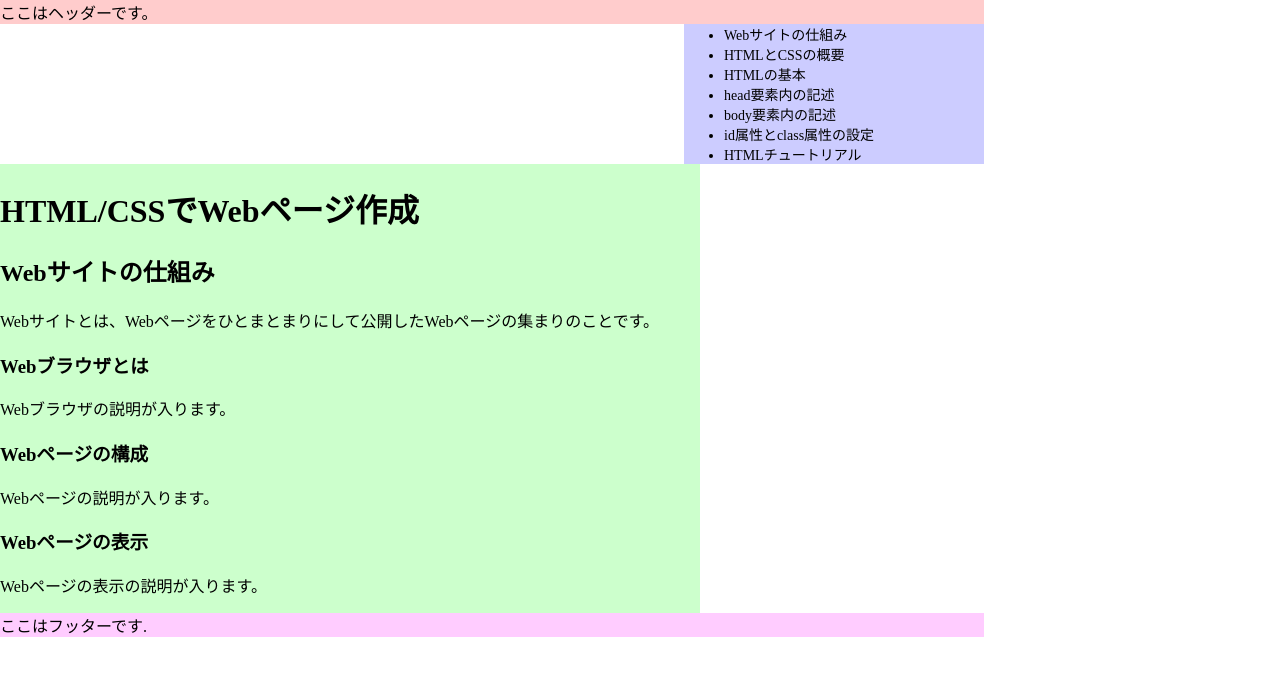
Repository: yoshimasa-ishihara/first-git
Page: kadai-html-css/kadai-html.html
The author's editor kept a record of every edit. The page is drawn from the files as they stood at one moment, then again after the next edit.
The browser window is 1280 px wide. The pictures show the whole page.

Above is the page before.

After the next edit:
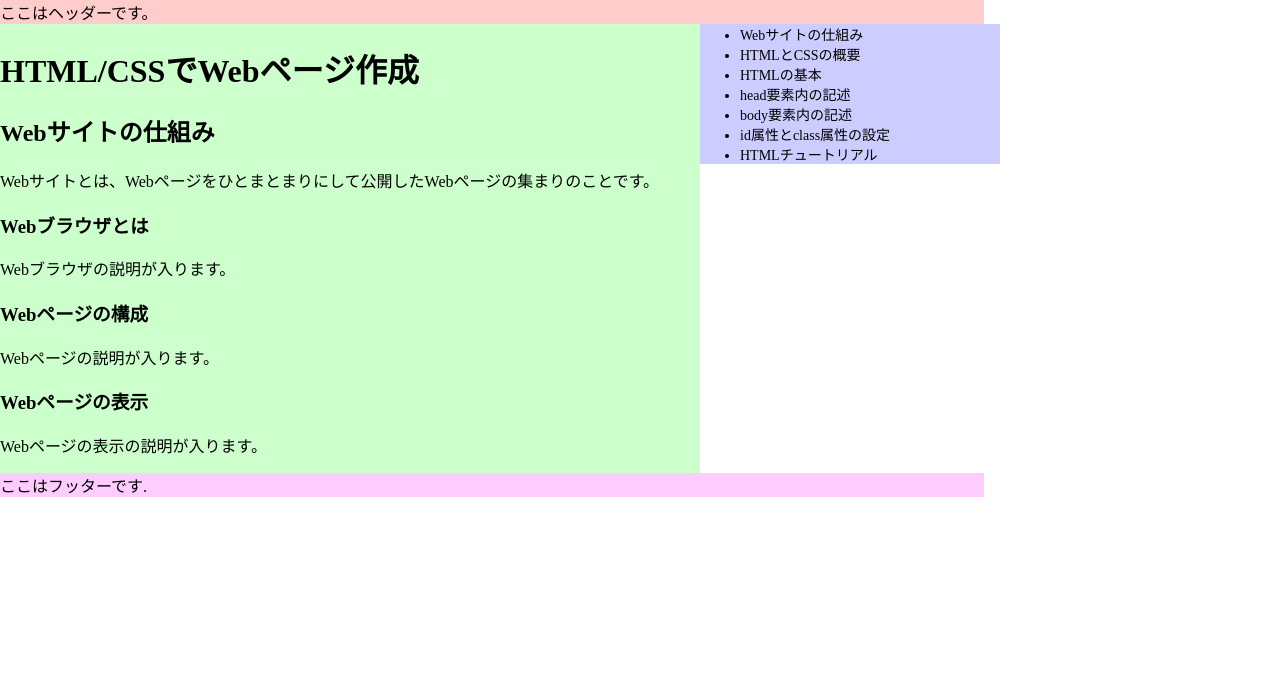
The edit:
--- a/kadai-html-css/kadai-css.css
+++ b/kadai-html-css/kadai-css.css
@@ -6,7 +6,7 @@
     color:black;
 }
 #wrapper{
-    width:984px;
+    width:1000px;
     margin:0;
 }
 #menu{
